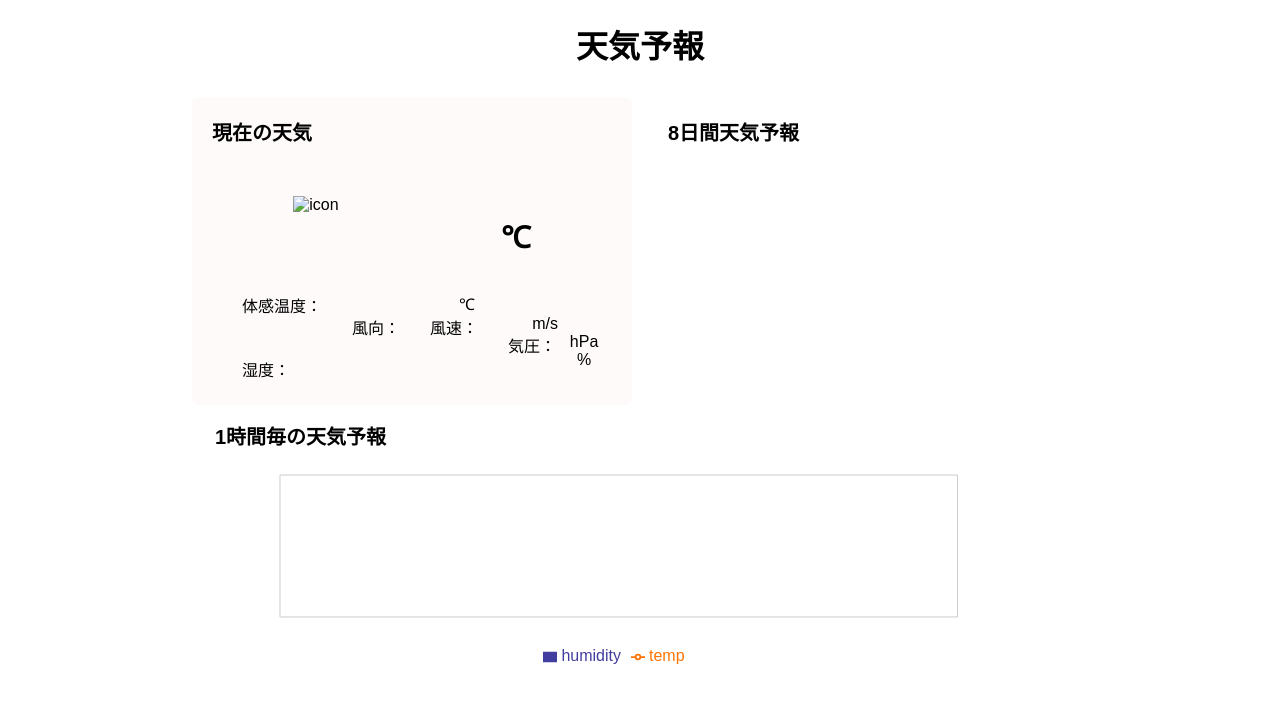
Repository: IshigureTomoki/weather-app
Page: /
These files come from the project's save history. The page is drawn as it stood at one moment and after the next save; the edit follows.
The browser window is 1280 px wide. The pictures show the whole page.
The page's requests for data from a server got no answer. The project was rebuilt for these pictures with package versions that can differ from the ones it lists, and the page was loaded fresh each time. No one was signed in, and anything a server would have sent is missing.

Above is the page before, as saved 2022-02-25 15:19:17.

After the next save:
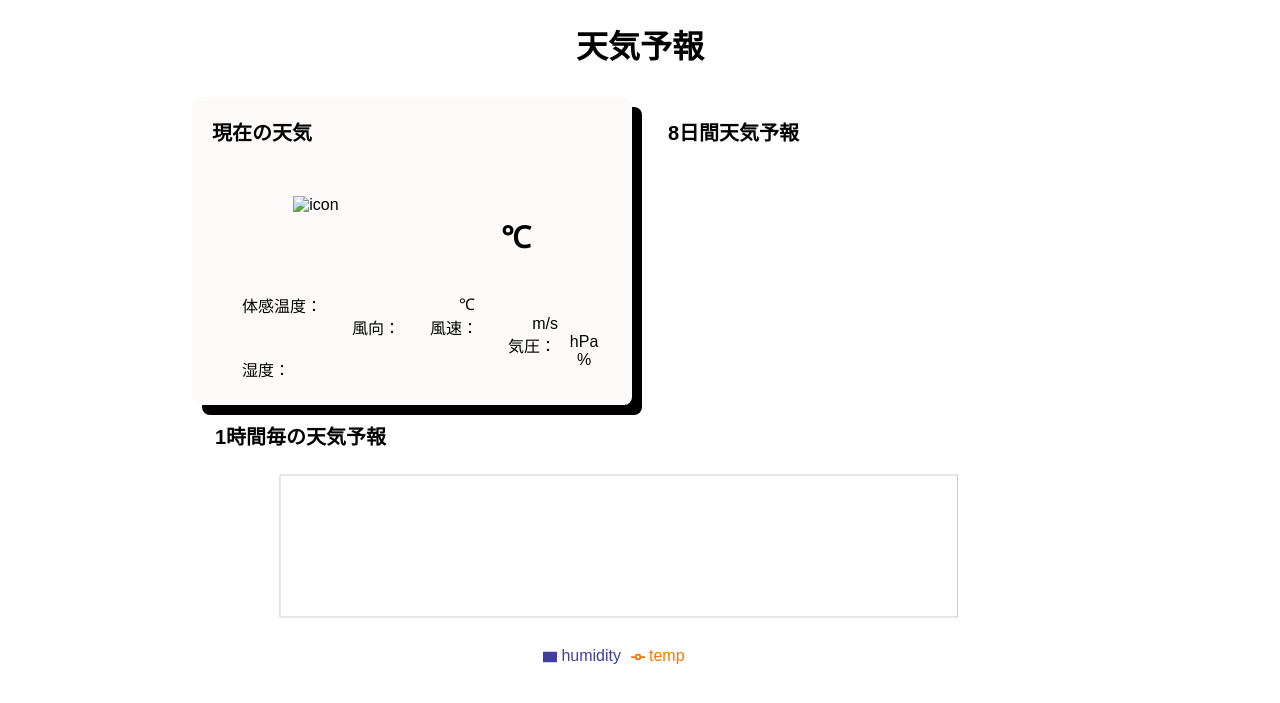
Saved 5 s later.
--- a/src/App.css
+++ b/src/App.css
@@ -13,7 +13,7 @@
 .now-area {
   text-align: center;
   background-color: #fffafa;
-  box-shadow: ;
+  box-shadow: 10px 10px ;
   width: 400px;
   padding: 20px;
   margin: 8px;

After the save that followed:
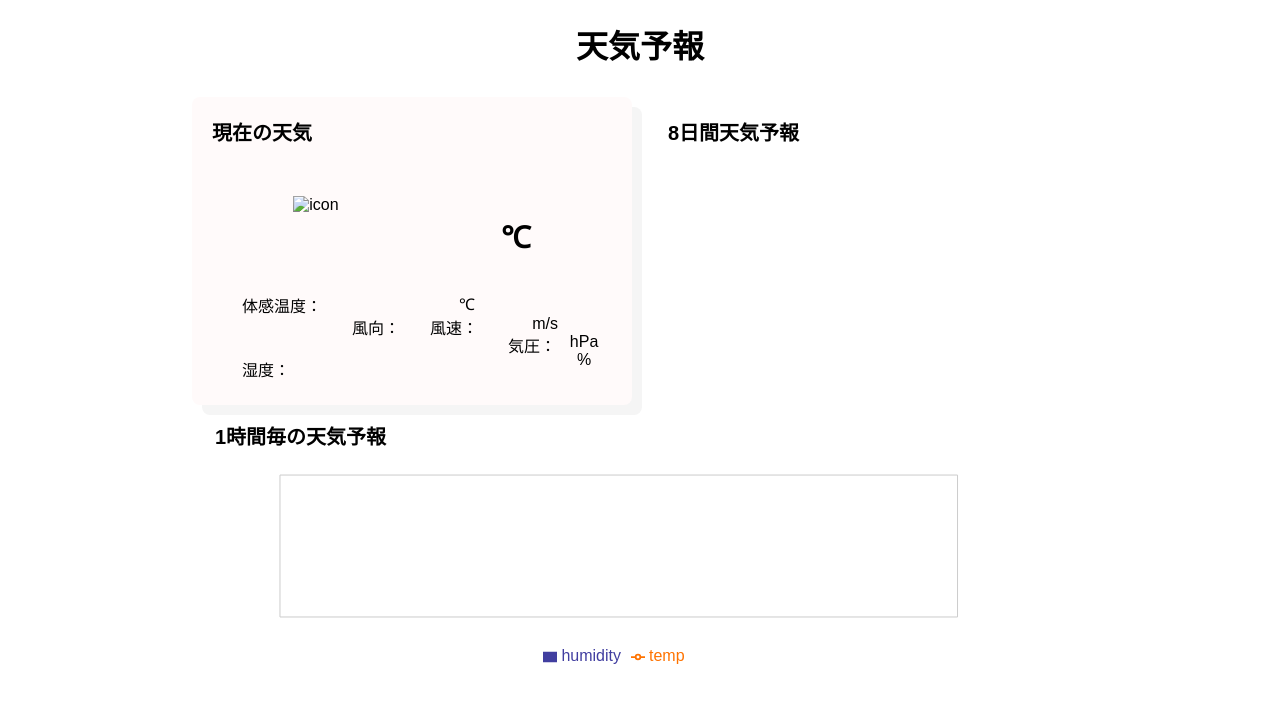
Saved 20 s later.
--- a/src/App.css
+++ b/src/App.css
@@ -13,7 +13,7 @@
 .now-area {
   text-align: center;
   background-color: #fffafa;
-  box-shadow: 10px 10px ;
+  box-shadow: 10px 10px #f5f5f5;
   width: 400px;
   padding: 20px;
   margin: 8px;
